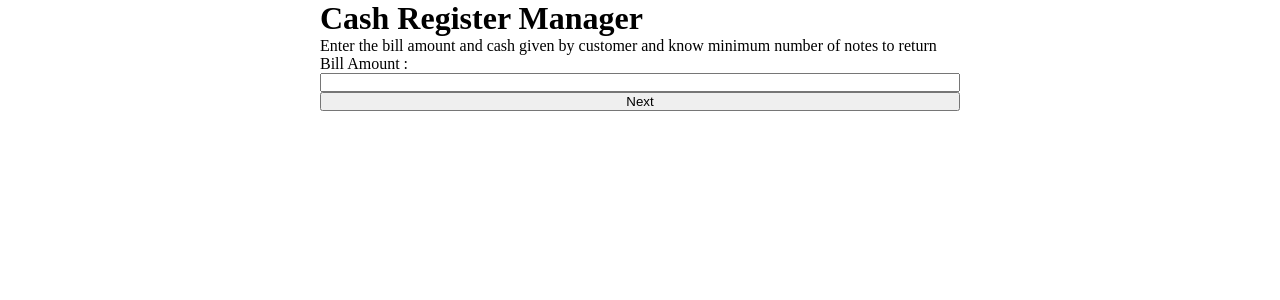
Repository: patelamancode/Cash-register-manager-app
Page: index.html
An editor plug-in stored every save of this project. The page is shown before and after the next save, followed by the edit.
The browser window is 1280 px wide. The pictures show the whole page.

Above is the page before, as saved 2022-11-18 15:04:02.

### index.html
<!DOCTYPE html>
<html lang="en">

<head>
    <meta charset="UTF-8">
    <meta http-equiv="X-UA-Compatible" content="IE=edge">
    <meta name="viewport" content="width=device-width, initial-scale=1.0">
    <link rel="stylesheet" href="index.css">
    <title>Cash register app</title>
</head>

<body>
    <div id="main-container">
        <h1 class="heading">Cash Register Manager</h1>
        <p id="description">Enter the bill amount and cash given by customer
            and know minimum number of notes to return
        </p>
        <label for="Bill-amount">Bill Amount :</label>
        <input type="text" id="bill-amount">
        <button id="next-btn">Next</button>
        <div class="sub-container">
            <label for="Cash-amount" class="cash-section">User Cash :</label>
            <input type="text" id="cash-amount">
            <button class="check-btn">Check</button>
            <p class="error-message"></p>
            <table class="change-cash">
                <caption>Return Change Cash :</caption>
                <tr>
                    <th>No. of notes</th>
                    <td class="notes-number"></td>
                    <td class="notes-number"></td>
                    <td class="notes-number"></td>
                    <td class="notes-number"></td>
                    <td class="notes-number"></td>
                    <td class="notes-number"></td>
                    <td class="notes-number"></td>
                    <td class="notes-number"></td>
                    <td class="notes-number"></td>
                    <td class="notes-number"></td>
                </tr>
                <tr>
                    <th>Notes</th>
                    <td>2000</td>
                    <td>1000</td>
                    <td>500</td>
                    <td>200</td>
                    <td>100</td>
                    <td>50</td>
                    <td>20</td>
                    <td>10</td>
                    <td>5</td>
                    <td>1</td>
                </tr>
            </table>
        </div>
    </div>

    <script src="index.js"></script>
</body>

</html>

### index.css
*{
    margin: 0;
    padding: 0;
}

#main-container{
    display: flex;
    flex-direction: column;
    width: 50vw;
    margin: auto;
}

### index.js
// document.querySelector('.check-btn').addEventListener('click', function(){
//     console.log("Check button is clicked")
// })

const billAmount = document.querySelector('#bill-amount');
const cashAmount = document.querySelector('#cash-amount');
const checkButton = document.querySelector('.check-btn');
const errorMessage = document.querySelector('.error-message');
const notesDisplay = document.querySelectorAll('.notes-number');
// from here
const hideContent = document.querySelector('.sub-container');
const nextButton = document.querySelector('#next-btn');


// Testing console values for all inputs
// checkButton.addEventListener('click', function(){
//     console.log(cashAmount.value);
// })
hideContent.style.display = "none"

nextButton.addEventListener('click', function(){
    hideContent.style.display = "block"

})
// to here

const displayErrorMessage = function (message) {
    errorMessage.style.display = "block";
    errorMessage.style.backgroundColor = "red";
    errorMessage.innerText = message;
}
const hideErrorMessage = function(){
    errorMessage.style.display = "none";

}

const notesArray = [2000, 1000, 500, 200, 100, 50, 20, 10, 5, 1];


checkButton.addEventListener('click', function amountValidation() {
    hideErrorMessage();

    if (billAmount.value > 0) {
        if(cashAmount.value > billAmount.value){
            const returnAmount = cashAmount.value - billAmount.value;
            numberOfNotesGiven(returnAmount);
        }
        else{
            displayErrorMessage("Invalid Cash value as per Bill amount");
        }
    }
    else {
        displayErrorMessage("Please make sure input bill amount must be positive and non-zero value");
    }
})

const numberOfNotesGiven = function(returnAmount){
    for(let i=0; i< notesArray.length; i++){
        let notesCount = Math.trunc(returnAmount/notesArray[i]);
        returnAmount = returnAmount%notesArray[i];
        notesDisplay[i].innerText = notesCount;
    }
}

// 1550

After the next save:
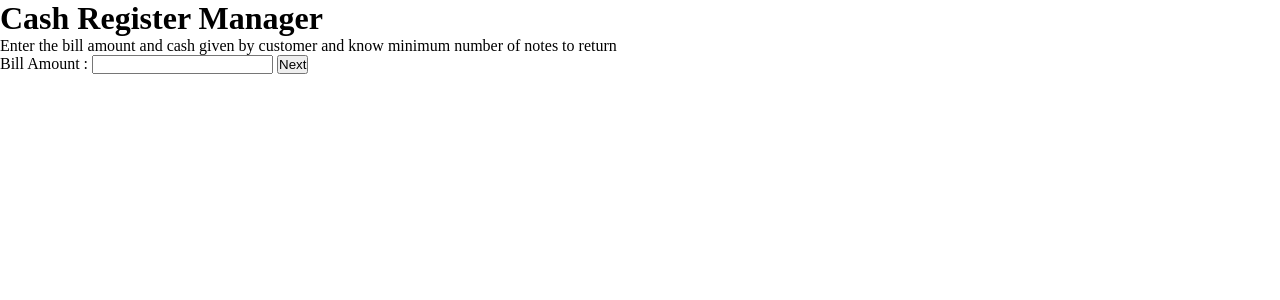
Saved 3 min 24 s later.
--- a/index.css
+++ b/index.css
@@ -3,7 +3,7 @@
     padding: 0;
 }
 
-#main-container{
+#main-container .sub-container{
     display: flex;
     flex-direction: column;
     width: 50vw;

After the save that followed:
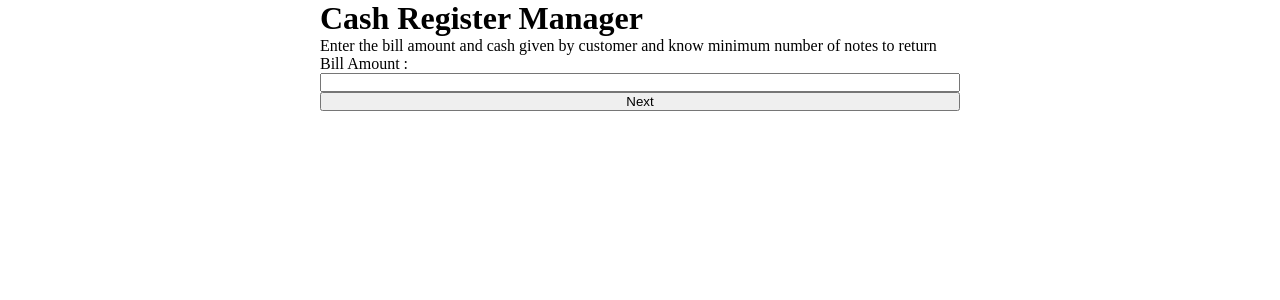
Saved 32 s later.
--- a/index.css
+++ b/index.css
@@ -3,7 +3,7 @@
     padding: 0;
 }
 
-#main-container .sub-container{
+#main-container{
     display: flex;
     flex-direction: column;
     width: 50vw;
